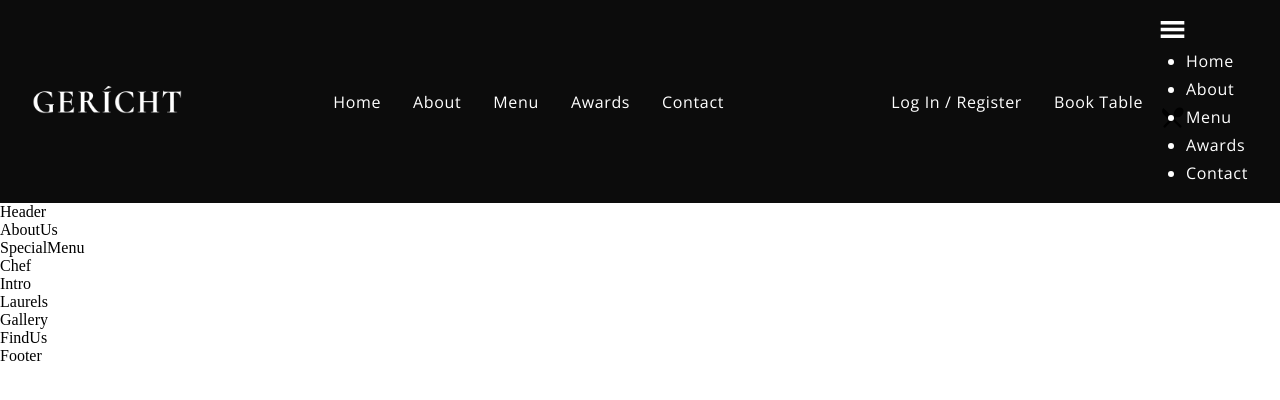
Repository: Isanderr/react-restaurant-page
Page: /
An editor plug-in stored every save of this project. The page is shown before and after the next save, followed by the edit.
The browser window is 1280 px wide. The pictures show the whole page.
Some web fonts or font styles are not loaded; a fallback is used. The project was rebuilt for these pictures with package versions that can differ from the ones it lists, and the page was loaded fresh each time. Also part of the build but not shown: src/components/SubHeading/SubHeading.jsx, src/components/Footer/Newsletter.jsx, src/components/Footer/FooterOverlay.jsx, src/components/Menuitem/MenuItem.jsx.

Above is the page before, as saved 2022-05-21 14:46:15.

After the next save:
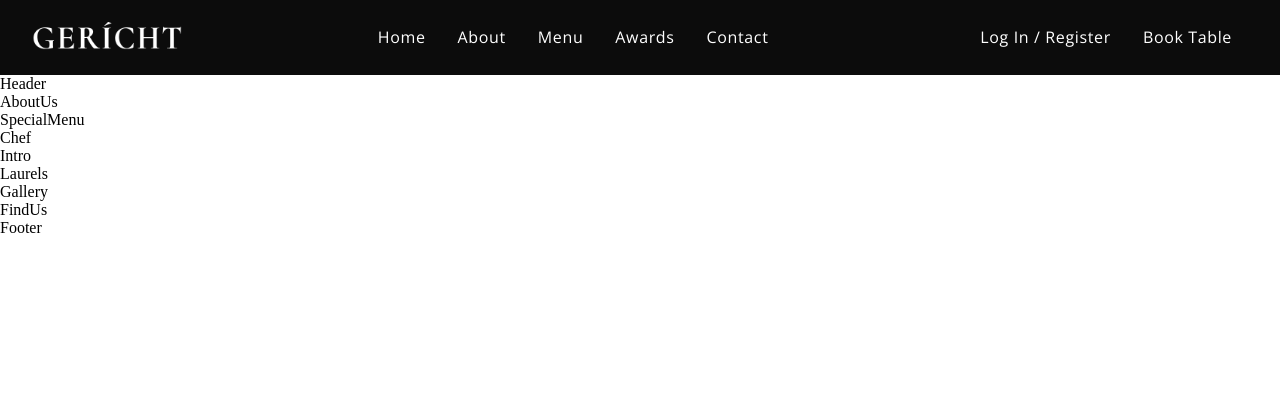
Saved 2 min 52 s later.
--- a/src/components/Navbar/Navbar.css
+++ b/src/components/Navbar/Navbar.css
@@ -54,3 +54,7 @@
     height: 30px;
     background-color: var(--color-grey);
 }
+
+.app__navbar-smallscreen {
+    display: none;
+}
